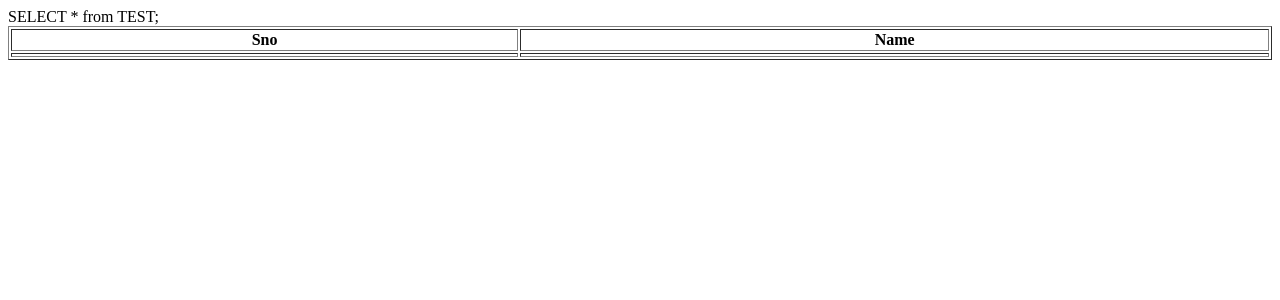
Repository: lgopalab/FoodApp
Page: http://localhost/TestWebApp1/TestJSP1.jsp
These files come from the project's save history. The page is drawn as it stood at one moment and after a run of saves; the edit follows.
The browser window is 1280 px wide. The pictures show the whole page.
The page is served by Tomcat 9.

Above is the page before, as saved 2016-02-15 18:14:57.

After the next 2 saves:
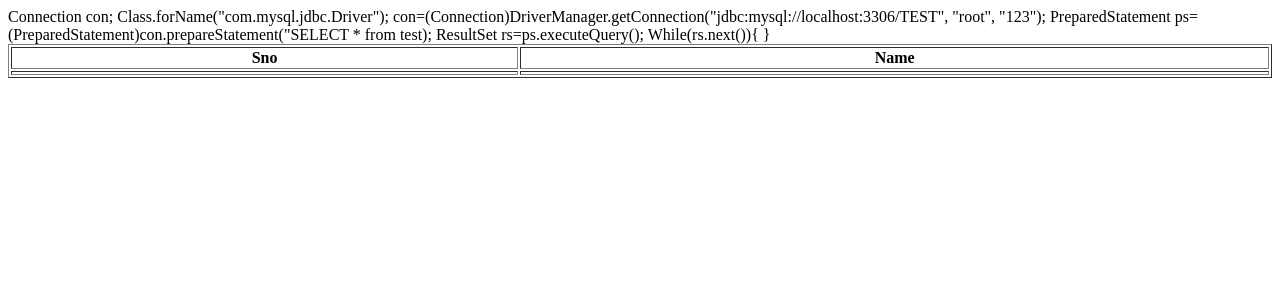
The 2 saves are shown as one change because 1 did not build or start.
The last was saved 21 min 19 s later.
--- a/Eclipse workspace/JAVA/TestWebApp1/WebContent/TestJSP1.jsp
+++ b/Eclipse workspace/JAVA/TestWebApp1/WebContent/TestJSP1.jsp
@@ -8,25 +8,25 @@
 </head>
 <body>
 
-<sql:setDataSource var="snapshot" driver="com.mysql.jdbc.Driver"
-     url="jdbc:mysql://localhost/TEST"
-     user="root"  password="123"/>
+Connection con;
+Class.forName("com.mysql.jdbc.Driver");
+con=(Connection)DriverManager.getConnection("jdbc:mysql://localhost:3306/TEST", "root", "123");
+PreparedStatement ps=(PreparedStatement)con.prepareStatement("SELECT * from test);
+ResultSet rs=ps.executeQuery();
 
-<sql:query dataSource="${snapshot}" var="result">
-SELECT * from TEST;
-</sql:query>
 
 <table border="1" width="100%">
 <tr>
    <th>Sno</th>
    <th>Name</th>
 </tr>
-<c:forEach var="row" items="${result.rows}">
+While(rs.next()){
 <tr>
-   <td><c:out value="${row.sno}"/></td>
-   <td><c:out value="${row.name}"/></td>
+   <td><c:out value="rs.getString('sno')"/></td>
+   <td><c:out value="rs.getString('name')"/></td>
 </tr>
-</c:forEach>
+
+}
 </table>
 
 </body>
